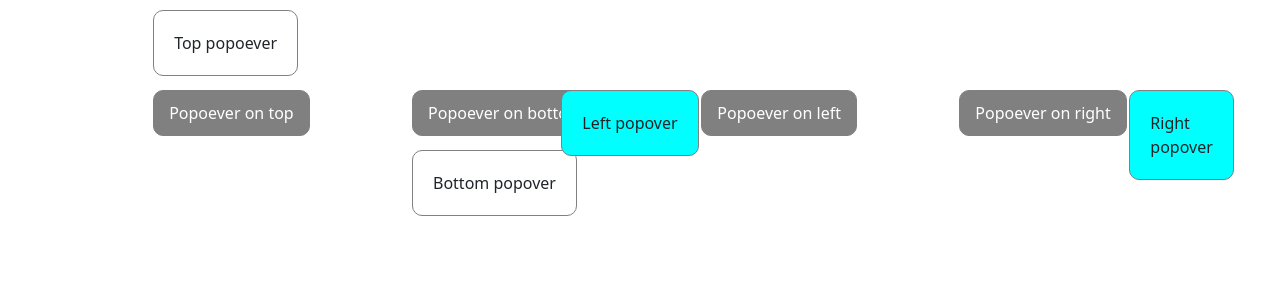
Repository: 1509Long/1509long.github.io
Page: exam.html
An editor plug-in stored every save of this project. The page is shown before and after the next save, followed by the edit.
The browser window is 1280 px wide. The pictures show the whole page.

Above is the page before, as saved 2022-05-24 20:47:35.

### exam.html
<!DOCTYPE html>
<html lang="en">
  <head>
    <title>Title</title>
    <!-- Required meta tags -->
    <meta charset="utf-8" />
    <meta
      name="viewport"
      content="width=device-width, initial-scale=1, shrink-to-fit=no"
    />

    <!-- Bootstrap CSS v5.0.2 -->
    <link
      rel="stylesheet"
      href="https://cdn.jsdelivr.net/npm/bootstrap@5.0.2/dist/css/bootstrap.min.css"
      integrity="sha384-EVSTQN3/azprG1Anm3QDgpJLIm9Nao0Yz1ztcQTwFspd3yD65VohhpuuCOmLASjC"
      crossorigin="anonymous"
    />
    <style>

      body {
        margin: 90px;
      }
      /* .toggle-top , .toggle-bottom , .toggle-left , .toggle-right {
        visibility: hidden;
      } */

      #button {
        color: #fff;
        background-color: grey;
        padding: 10px 15px;
        border: 1px solid grey;
        border-radius: 10px;

      }

      .container {
        display: flex;
        justify-content: space-around;
      }

      .box {
        padding: 20px;
        border: 1px solid grey;
        border-radius: 10px;
      }

      .toggle-top {
        position: absolute;
        top: -80px;
        left: 0;
        z-index: 1000;
      }

      .toggle-bottom {
        position: absolute;
        top: 60px;
        left: 0;
        z-index: 1000;
      }

      .toggle-left {
        position: absolute;
        top: 0;
        left: -140px;
        z-index: 1000;
        background-color: aqua;
      }

      .toggle-right {
        position: absolute;
        top: 0;
        left: 170px;
        z-index: 1000;
        background-color: aqua;
      }

      .box1 , .box2 , .box3 , .box4 {
        position: relative;
      }


    </style>
  </head>
  <body>
      <div class="container">
        <div class="box1">
          <button id="button" onclick="boxA()">Popoever on top</button>
          <div class="toggle-top box" id="top">Top popoever</div>
        </div>
        <div class="box2">
          <button id="button" onclick="boxB()">Popoever on bottom</button>
          <div class="toggle-bottom box" id="bottom">Bottom popover</div>
        </div>
        <div class="box3">
          <button id="button" onclick="boxC()">Popoever on left</button>
          <div class="toggle-left box" id="left">Left popover</div>
        </div>
        <div class="box4">
          <button id="button" onclick="boxD()">Popoever on right</button>
          <div class="toggle-right box" id="right">Right popover</div>
        </div>
      </div>



    <!-- Bootstrap JavaScript Libraries -->
    <script src="https://unpkg.com/@popperjs/core@2"></script>
    <script
      src="https://cdn.jsdelivr.net/npm/@popperjs/core@2.9.2/dist/umd/popper.min.js"
      integrity="sha384-IQsoLXl5PILFhosVNubq5LC7Qb9DXgDA9i+tQ8Zj3iwWAwPtgFTxbJ8NT4GN1R8p"
      crossorigin="anonymous"
    ></script>
    <script
      src="https://cdn.jsdelivr.net/npm/bootstrap@5.0.2/dist/js/bootstrap.min.js"
      integrity="sha384-cVKIPhGWiC2Al4u+LWgxfKTRIcfu0JTxR+EQDz/bgldoEyl4H0zUF0QKbrJ0EcQF"
      crossorigin="anonymous"
    ></script>

    <!-- <script>
      function boxA () {
        let click = document.getElementById("top");
        console.log(click);
        click.classList.toggle("toggle-top");
      }

      function boxB () {
        let click = document.getElementById("bottom");
        console.log(click);
        click.classList.toggle("toggle-bottom");
      }

      function boxC () {
        let click = document.getElementById("left");
        console.log(click);
        click.classList.toggle("toggle-left");
      }

      function boxD () {
        let click = document.getElementById("right");
        console.log(click);
        click.classList.toggle("toggle-right");
      }
    </script> -->
  </body>
</html>

After the next save:
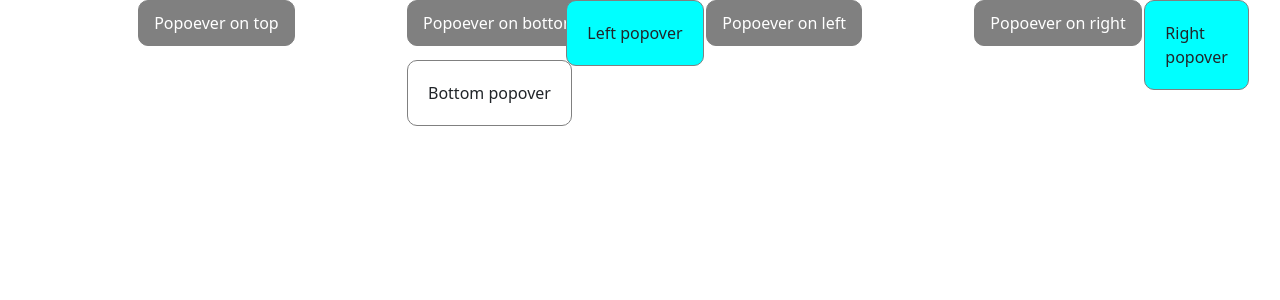
Saved 18 s later.
--- a/exam.html
+++ b/exam.html
@@ -17,10 +17,6 @@
       crossorigin="anonymous"
     />
     <style>
-
-      body {
-        margin: 90px;
-      }
       /* .toggle-top , .toggle-bottom , .toggle-left , .toggle-right {
         visibility: hidden;
       } */

After the save that followed:
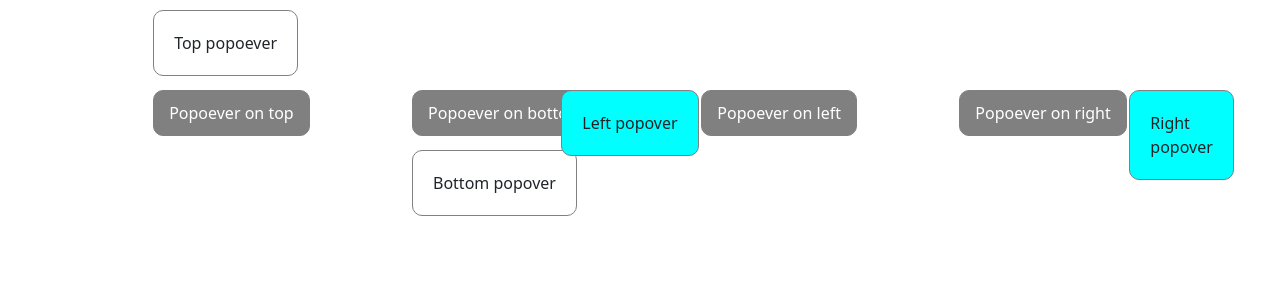
Saved 6 s later.
--- a/exam.html
+++ b/exam.html
@@ -17,6 +17,10 @@
       crossorigin="anonymous"
     />
     <style>
+
+      body {
+        margin: 90px;
+      }
       /* .toggle-top , .toggle-bottom , .toggle-left , .toggle-right {
         visibility: hidden;
       } */
